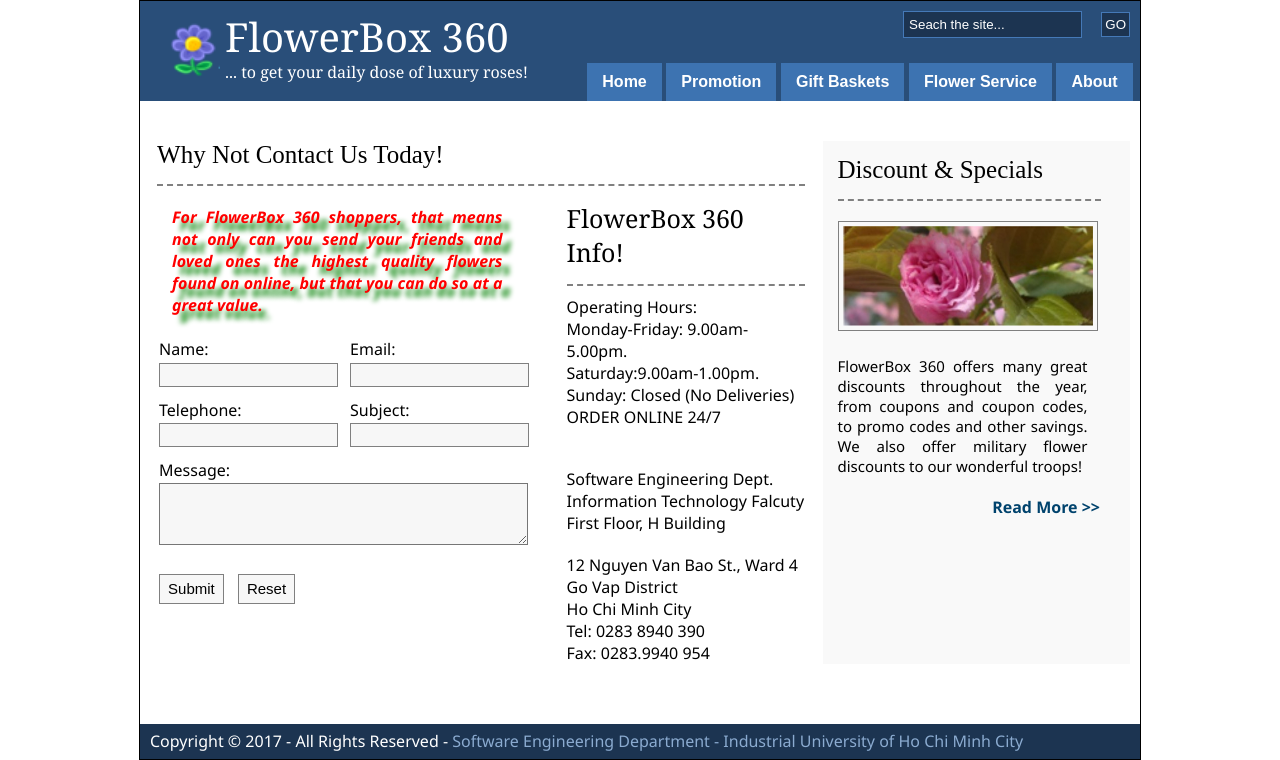
Repository: thu1365/BTKT_WEB
Page: HTML/btkt.html
These files come from the project's save history. The page is drawn as it stood at one moment and after the next save; the edit follows.
The browser window is 1280 px wide. The pictures show the whole page.

Above is the page before, as saved 2023-03-11 21:25:55.

After the next save:
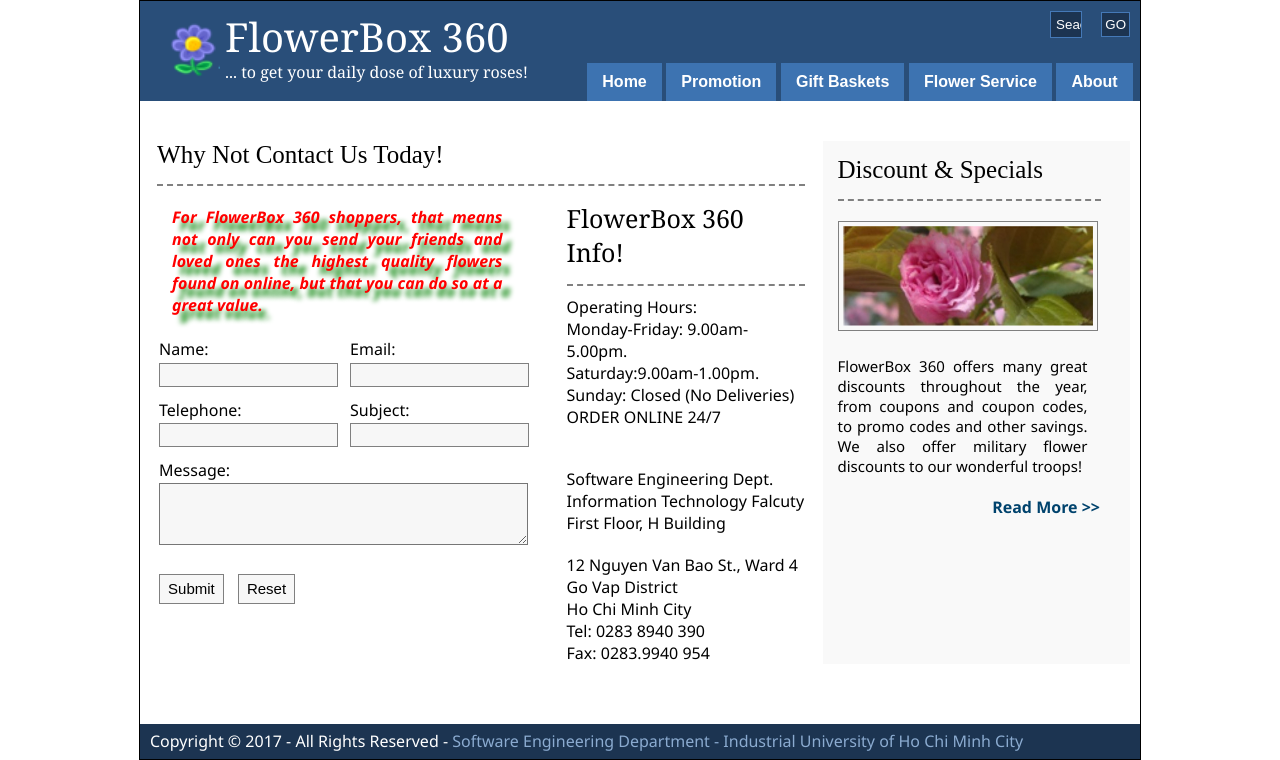
Saved 62 s later.
--- a/HTML/btkt.html
+++ b/HTML/btkt.html
@@ -54,6 +54,7 @@
             border: 1px solid #4579b7;
             color: #fff;
             margin-right: 15px;
+            width: 30px;
             height: 25px;
         }
 
